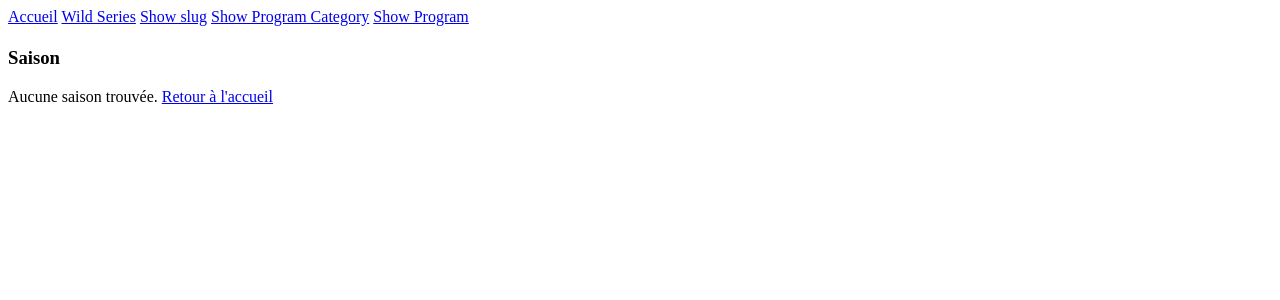
Repository: Khaleddwm/wild_series
Page: templates/wild/season.html.twig
The author's editor kept a copy of each file at every save. The page is drawn from the files as they stood at one save, then again after the next save.
The browser window is 1280 px wide. The pictures show the whole page.
The page is a Twig template of a Symfony application; nobody is signed in and links lead nowhere. Other server files are loaded and not shown. The template is opened directly, without the code that normally fills it, so the values that code supplies are empty.

Above is the page before, as saved 2020-05-27 17:31:17.

### templates/wild/season.html.twig
{% extends 'base.html.twig' %}

{% block title %}Programs by title{% endblock %}

{% block body %}
    <h1>{{ program.title }}</h1>
    <h3>Saison {{ seasons.number }} {{ seasons.year }}</h3>


    {% for episode in episodes %}
            <<div style="display:flex">
            <img class="align-self-start mr-3 col-2" src="{{ program.poster }}" alt="{{ program.title }} poster">
            <div>
                <h2>Episode {{ episode.number }}</h2>
                <p>{{ episode.synopsis }}</p>
                </div>


        </div>
    {% else %}
        Aucune saison trouvée.
    {% endfor %}
    <a href="{{ path('app_index') }}">
        Retour à l'accueil
    </a>
{% endblock %}

### templates/base.html.twig
<!DOCTYPE html>
<html lang="en">
    <head>
        <meta charset="UTF-8">
        <title>{% block title %}{% endblock %}</title>

        {% block stylesheets %}
            {{ encore_entry_link_tags('app') }}
        {% endblock %}
    </head>
    <body>
        <header>
            {% include 'navbar.html.twig' %}
        </header>
        <div class="base">
        {% block body %}{% endblock %}
        {% block javascripts %}
            {{ encore_entry_script_tags('app') }}
        {% endblock %}
        </div>

    </body>
</html>

### templates/navbar.html.twig
<nav class="navbar navbar-light bg-light">
  <form class="form-inline">
    <a class="btn btn-outline-danger" type="button" href="{{ path('app_index') }}">Accueil</a>
    <a class="btn btn-outline-primary" type="button" href="{{ path('wild_index') }}">Wild Series</a>
    <a class="btn btn-outline-primary" type="button" href="{{ path('wild_show', { 'slug': "walking-dead" }) }}">Show slug</a>
    <a class="btn btn-outline-primary" type="button" href="{{ path('wild_show_category', { 'categoryName': "horreur"}) }}">Show Program Category</a>
    <a class="btn btn-outline-primary" type="button" href="{{ path('wild_show_program', { 'programTitle': "walking-dead"}) }}">Show Program</a>
  </form>
</nav>

Loaded but not shown: webpack.config.js (common file)

After the next save:
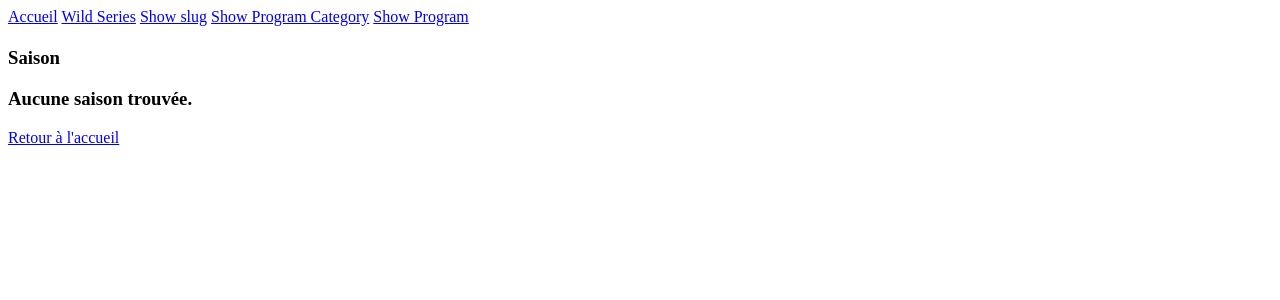
Saved 13 min 44 s later.
--- a/templates/wild/season.html.twig
+++ b/templates/wild/season.html.twig
@@ -18,7 +18,7 @@
 
         </div>
     {% else %}
-        Aucune saison trouvée.
+        <h3>Aucune saison trouvée.</h3>
     {% endfor %}
     <a href="{{ path('app_index') }}">
         Retour à l'accueil
